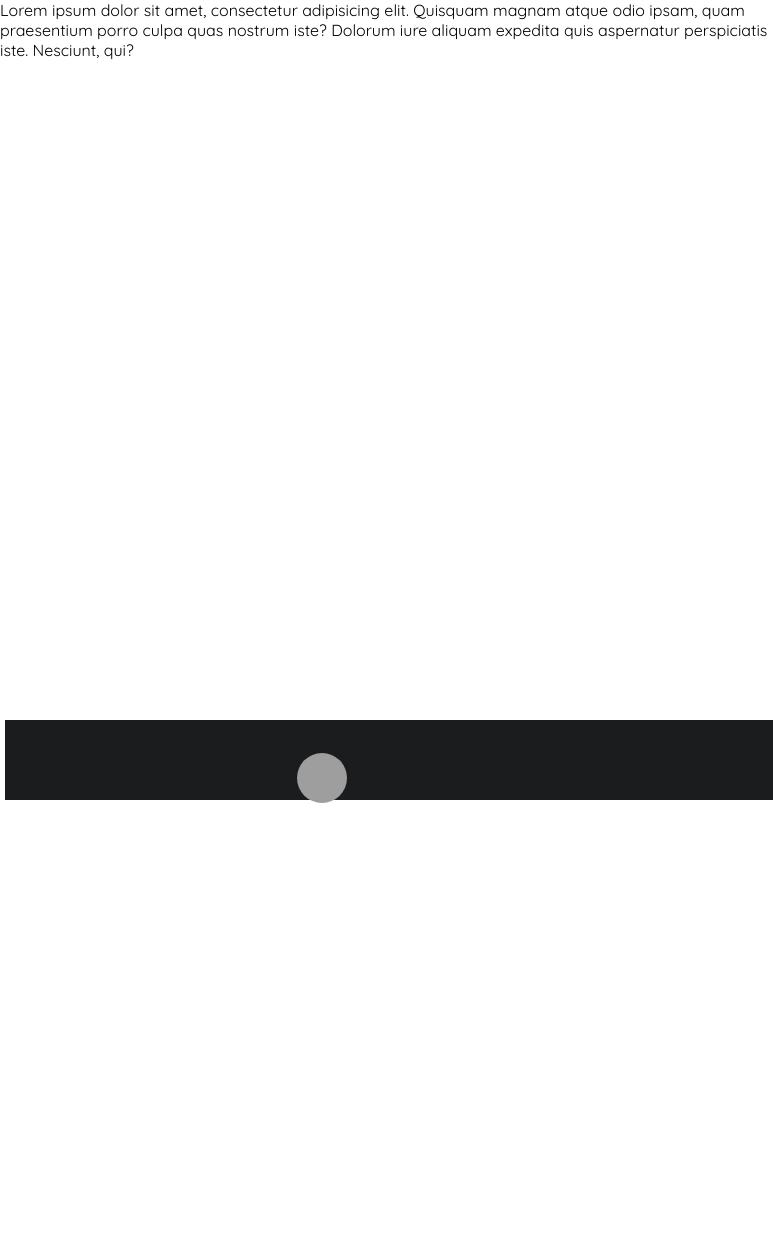
Repository: Fuocmanh/demo
Page: site/nav.html
The author's editor kept a copy of each file at every save. The page is drawn from the files as they stood at one save, then again after a run of saves.
The browser window is 768 px wide. The page is 773 px wide, then 768 px, so the pictures cover 773 px, including what lies to the right of the window. The pictures show the whole page.
Pictures or frames that could not be fetched are drawn as grey boxes.

Above is the page before, as saved 2022-12-30 13:17:44.

### site/nav.html
<!DOCTYPE html>
<html lang="en">

<head>
    <meta charset="UTF-8">
    <meta name="viewport" content="width=device-width, initial-scale=1" />
    <link rel="stylesheet" href="../css/style.css">
    <script type="module" src="https://unpkg.com/ionicons@5.5.2/dist/ionicons/ionicons.esm.js"></script>
    <script nomodule src="https://unpkg.com/ionicons@5.5.2/dist/ionicons/ionicons.js"></script>
</head>

<body >
    <section id="sidebar">
        <div class="sidebar">
            <a href="#" class="logo">
                <img src="https://i.pinimg.com/550x/dd/6d/22/dd6d2277032c5f365dd3149d45b3a820.jpg" alt="" class="logo-image" />
            </a>
            <nav>
                <ul class="menu">
                    <li class="menu-item">
                        <a href="#" class="menu-link">
                            <ion-icon name="home-outline"></ion-icon>
                            <span>Trang chủ</span>
                        </a>
                    </li>
                    <li class="menu-item">
                        <a href="#" class="menu-link">
                            <ion-icon name="call-outline"></ion-icon>
                            <span>Liên hệ</span>
                        </a>
                    </li>
                    <li class="menu-item">
                        <a href="#" class="menu-link">
                            <ion-icon name="call-outline"></ion-icon>
                            <span>Giới thiệu</span>

                        </a>
                    </li>
                    <li class="menu-item">
                        <a href="#" class="menu-link">
                            <ion-icon name="pricetags-outline"></ion-icon>
                            <span>Sản phẩm</span>
                        </a>
                    </li>
                    <li class="menu-item">
                        <a href="#" class="menu-link">
                            <ion-icon name="cart-outline"></ion-icon>
                            <span>Giỏ hàng</span>
                        </a>
                    </li>
                    <li class="menu-item" style="margin: -5px;">
                        <a href="#" class="menu-link">
                            <ion-icon name="log-in-outline"></ion-icon>
                            <span>Đăng xuất</span>
                        </a>
                    </li>
                </ul>
            </nav>

            <!-- <div class="">
                <a href="#!"><ion-icon name="log-in-outline"></ion-icon></a>
            </div> -->
        </div>
    </section>
    <section>
        <p>Lorem ipsum dolor sit amet, consectetur adipisicing elit. Quisquam magnam atque odio ipsam, quam praesentium porro culpa quas nostrum iste? Dolorum iure aliquam expedita quis aspernatur perspiciatis iste. Nesciunt, qui?</p>
    </section>
    <script src="../js/style.js"></script>
</body>

</html>

### css/style.css
@import url('https://fonts.googleapis.com/css2?family=Quicksand:wght@300;400;500;600;700&display=swap');

html {
    font-family: 'Quicksand', sans-serif;
}

* {
    /* font-size: 18px; */
    width: 100%;
    margin: 0px;
    padding: 0px;
    box-sizing: border-box;
}

body {
    width: 100%;
    display: flex;
    gap: 5px;
}

#sidebar {
    height: 100%;
    width: max-content;
    /* background-color: aqua; */
    margin-left: 5px;
    margin-top: 5%;
}

.sidebar {
    background-color: #1A1C1E;
    width: 80px;
    height: 100%;
    padding: 40px 5px;
    border-radius: 16px;
    transition: 0.5s;
    /* transform: translate(0px,20%);    */

}



ion-icon {
    font-size: 30px;
    color: #FFFFFF;
}

.sidebar:not(:hover) .logo-image {
    transform: translate(-16px, -7px);
}

.logo {
    width: 100%;
    height: 50px;
}

.logo-image {
    transform: translateY(-8px);
    margin: 0 40%;
    width: 50px;
    height: 50px;
    border-radius: 50%;
}

.sidebar:hover {
    width: 200px;
}

.sidebar:not(:hover) .menu-link span {
    display: none;
}

li {
    width: 100%;
    display: flex;
    align-items: center;
    justify-content: center;
    margin-bottom: 25px;
}

.menu-link {
    width: 100%;
    display: flex;
    color: #FFFFFF;
    list-style: none;
    text-decoration: none;
    padding: 10px;
    border-radius: 9% 91% 91% 9% / 52% 48% 52% 48%;
}

.menu-link:hover {
    border-radius: 9% 91% 91% 9% / 52% 48% 52% 48%;
    background-color: rgba(0, 0, 0, .5);
}

.menu-link span {
    transform: translate(-25px, 5px);
}

@media screen and (max-width:768px) {

    #sidebar {
        position: absolute;
        bottom: 0;
        left:auto;
        height: max-content;
        width: 100%;
        background-color: #1A1C1E;
    }

    .sidebar {
        width: 100%;
        height: 80px;
        padding: 40px 5px;
        border-radius: 16px;
        transition: 0.5s;
        /* transform: translate(0px,20%);    */

    }
    .sidebar:hover {
        width: 80px;
    }

    .sidebar .menu-link span {
        display: none;
    }

    .sidebar:hover .logo-image {
        transform: translate(-16px, -7px);

    }
}

### js/style.js
var nav = document.getElementById('nav');
function hideShowNav(){
    display=nav.style.display ;
    display=='none'?nav.style.display ='block':nav.style.display ='none';
    // nav.style.opacity='1';
}
// function onchane(){
//     let width = document.getElementsByClassName('.box').style.width='50%';
// console.log(width);
// }

After the next 3 saves:
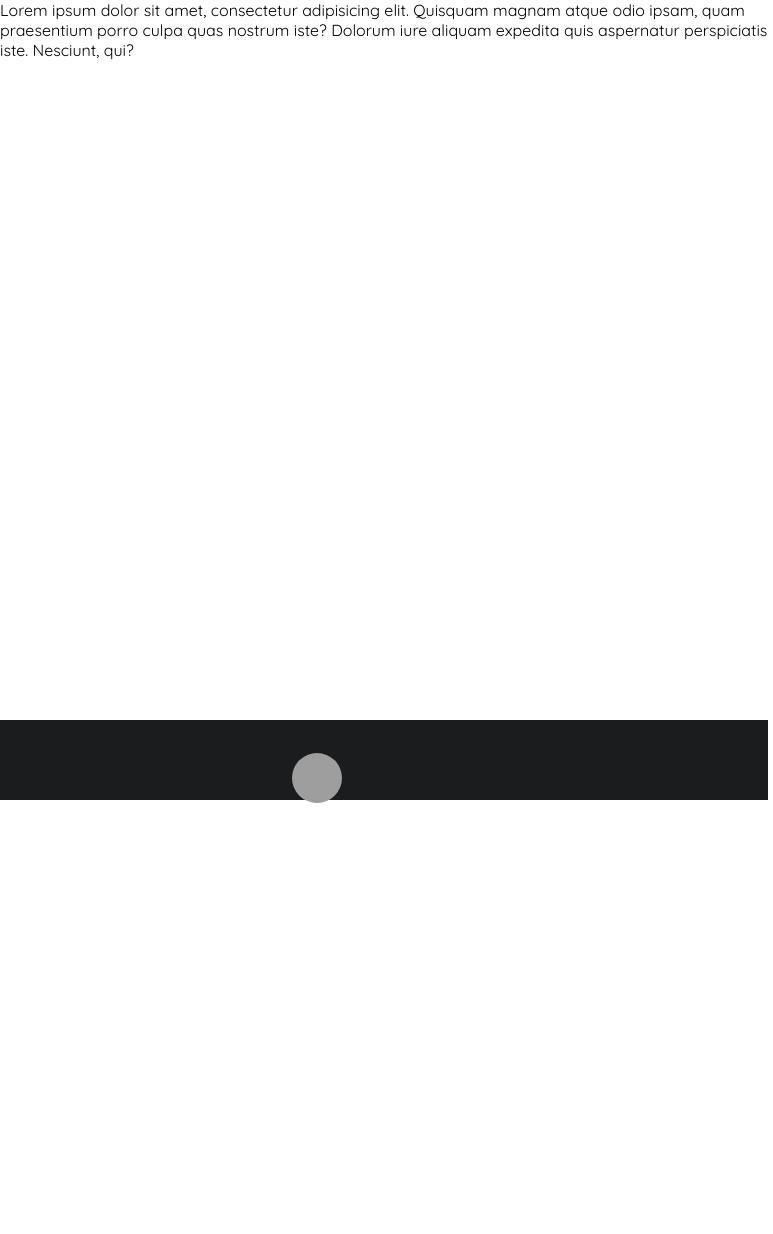
The 3 saves are shown as one change because they came seconds apart.
The last was saved 14 s later.
--- a/css/style.css
+++ b/css/style.css
@@ -101,7 +101,8 @@ li {
     #sidebar {
         position: absolute;
         bottom: 0;
-        left:auto;
+        left:0;
+        margin: 0;
         height: max-content;
         width: 100%;
         background-color: #1A1C1E;
